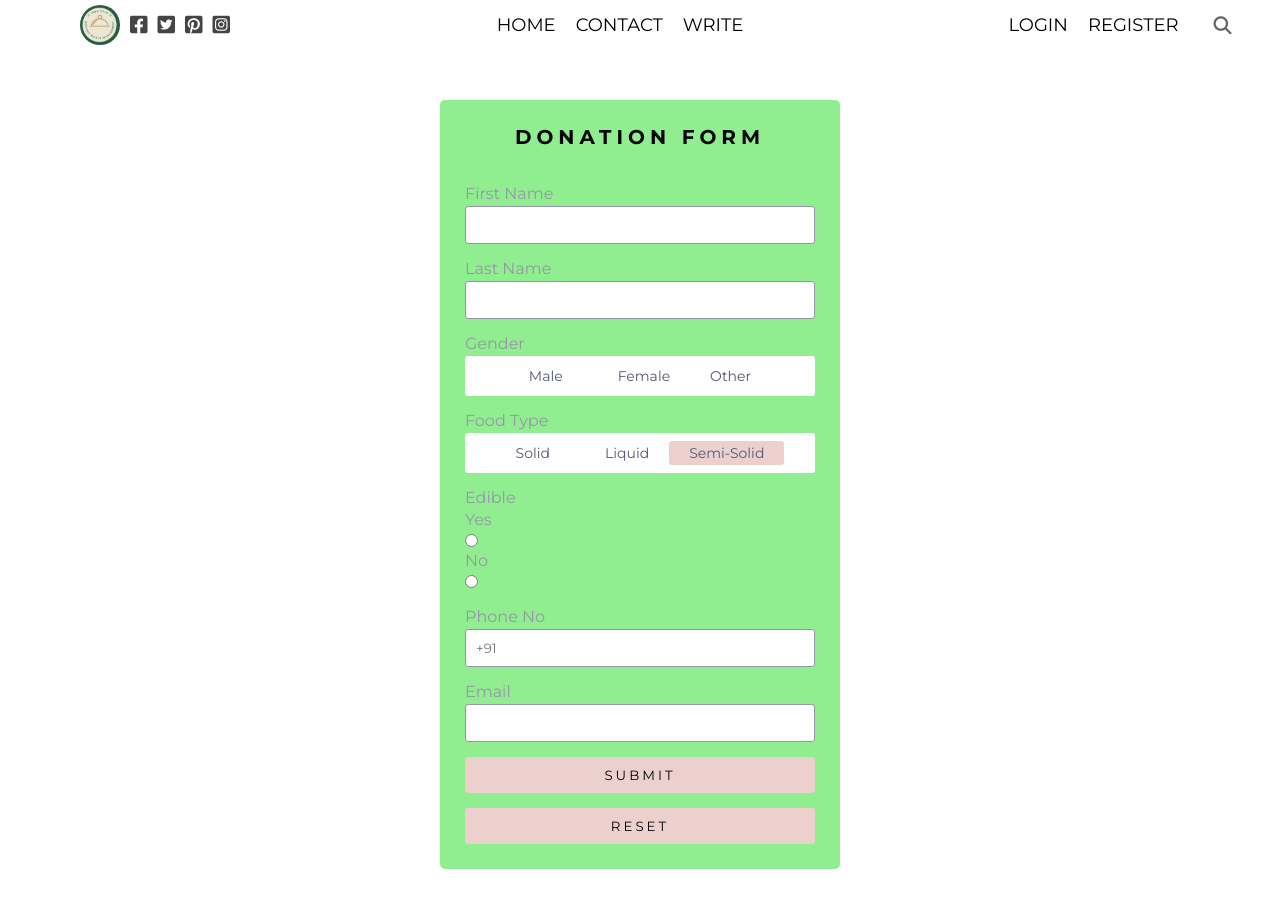
Repository: blsnabrhm/anna-daan
Page: /Contact (app in client/)
The author's editor kept a copy of each file at every save. The page is drawn from the files as they stood at one save, then again after the next save.
The browser window is 1280 px wide. The pictures show the whole page.
Some web libraries are served in a nearby version. The project was rebuilt for these pictures with package versions that can differ from the ones it lists, and the page was loaded fresh each time. Also part of the build but not shown: client/src/components/header/header.css, client/src/components/header/Header.jsx, client/src/components/posts/posts.css, client/src/components/posts/Posts.jsx, client/src/components/sidebar/sidebar.css, client/src/components/sidebar/SideBar.jsx, client/src/pages/home/home.css, client/src/pages/home/Home.jsx and 13 more. Imported but missing from the stored project, and not drawn on this page: client/src/components/post/Post.

Above is the page before, as saved 2022-04-22 08:30:33.

After the next save:
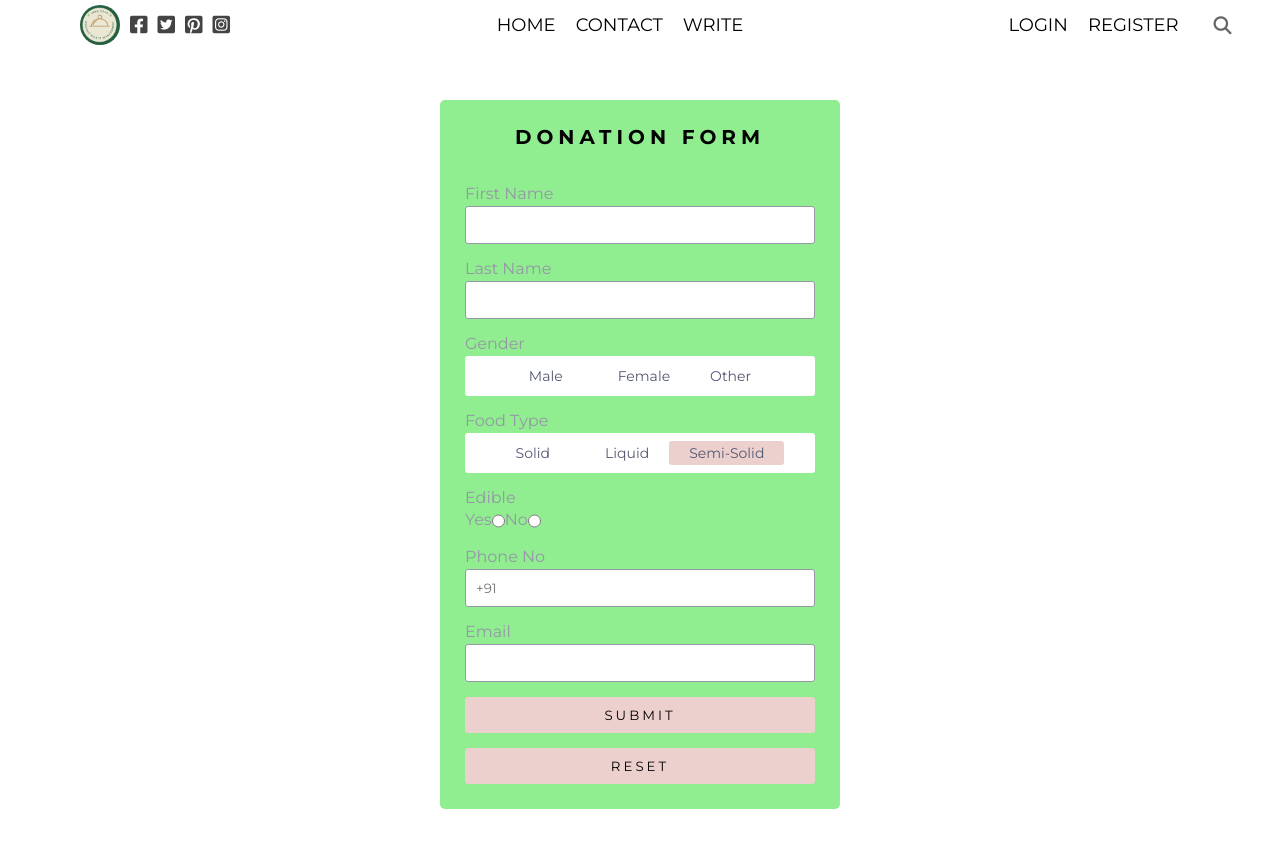
Saved 19 s later.
--- a/client/src/pages/contact/Contact.jsx
+++ b/client/src/pages/contact/Contact.jsx
@@ -67,12 +67,14 @@ export default function Contact() {
 						</li>
 					</ul>
 				</div>
-        <div className="input_wrap ">
+        <div className="input_wrap">
             <label for="edible">Edible</label>
+            <div className='edible'>
             <label className='edible' for="edible">Yes</label>
             <input type="radio" id="y" name='edible'/>
             <label className='edible' for="edible">No</label>
             <input type="radio" id="n" name='edible'/>
+            </div>
         </div>
 				<div className="input_wrap">
 					<label for="city">Phone No</label>
